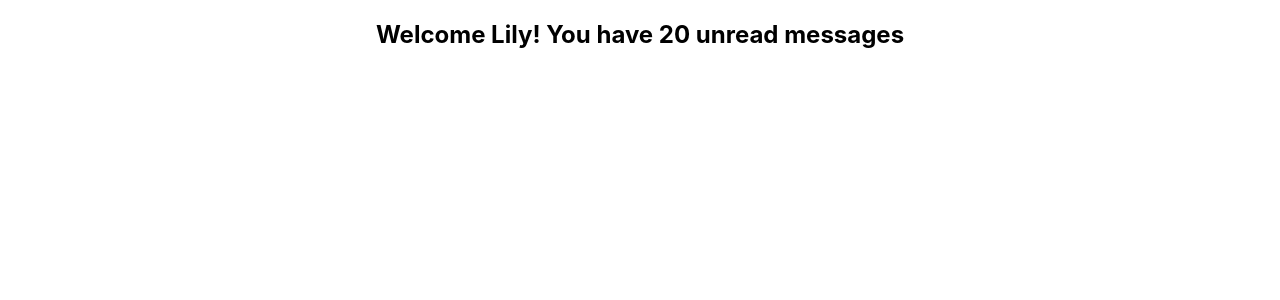
Repository: sinchana-P/react-typescript-demo
Page: /
The author's editor kept a copy of each file at every save. The page is drawn from the files as they stood at one save, then again after the next save.
The browser window is 1280 px wide. The pictures show the whole page.
The project was rebuilt for these pictures with package versions that can differ from the ones it lists, and the page was loaded fresh each time.

Above is the page before, as saved 2023-12-02 18:15:38.

After the next save:
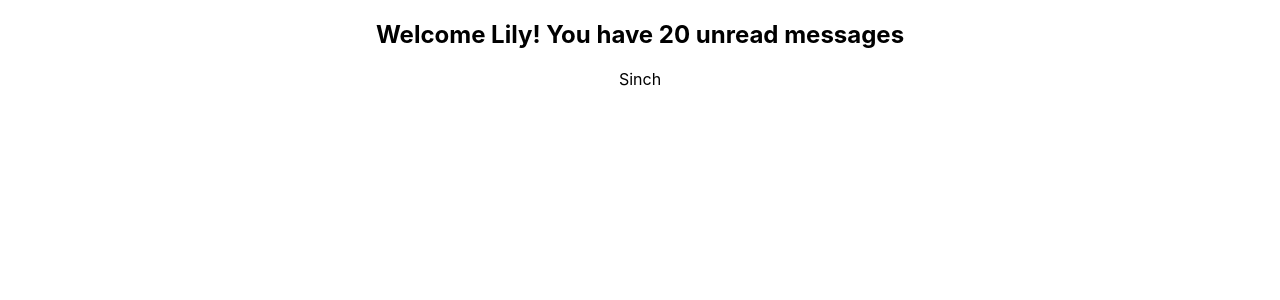
Saved 42 s later.
--- a/src/components/Person.tsx
+++ b/src/components/Person.tsx
@@ -7,7 +7,7 @@ type PersonProps = {
 
 const Person = (props: PersonProps) => {
     return (
-        <div>{ props.first }  { props.last }</div>
+        <div>{ props.name.first }  { props.last }</div>
   )
 }
 
